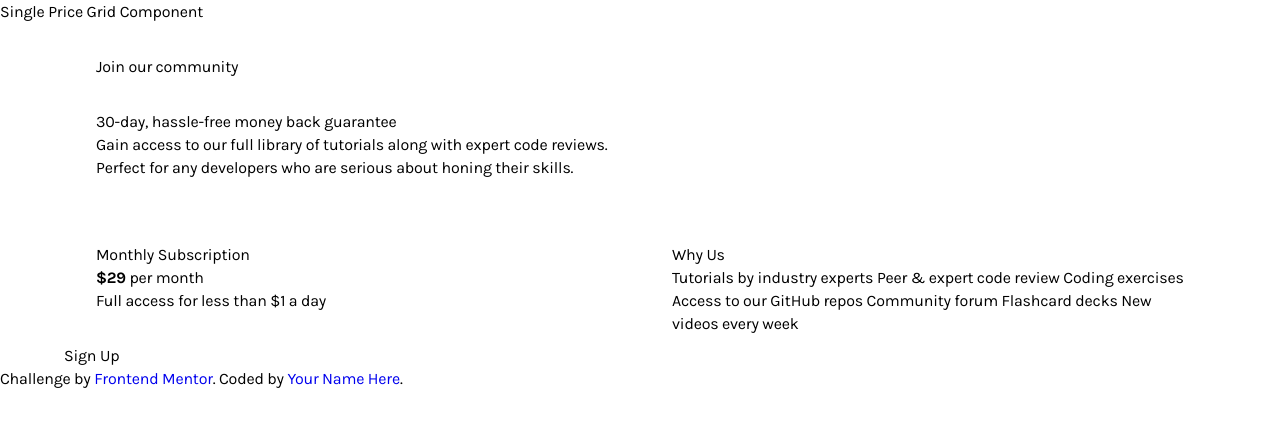
Repository: bangjuyoung/bangjuyoung
Page: practice/frontend-mentor/single-price-grid-component/index.html
The author's editor kept a copy of each file at every save. The page is drawn from the files as they stood at one save, then again after the next save.
The browser window is 1280 px wide. The pictures show the whole page.

Above is the page before, as saved 2019-06-16 12:43:26.

After the next save:
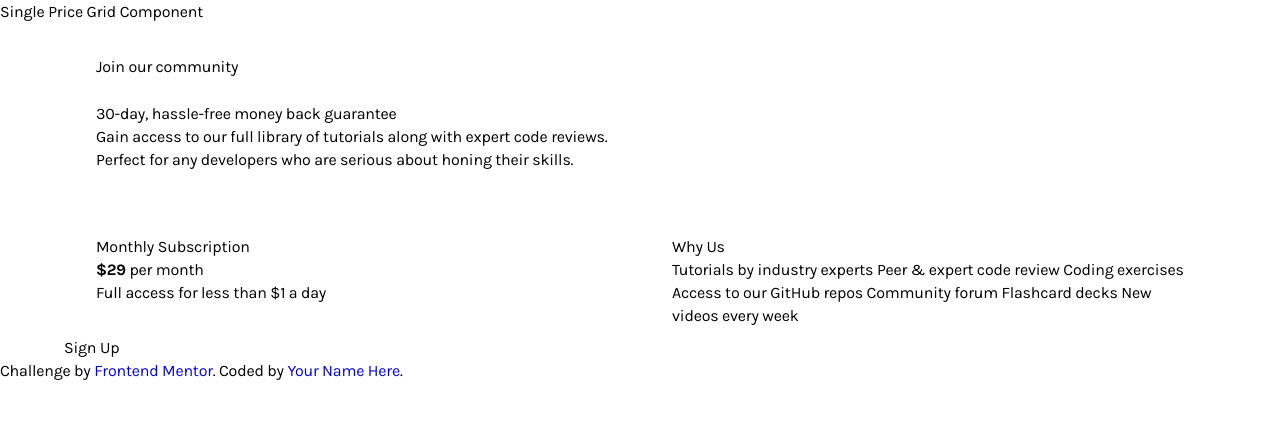
Saved 14 s later.
--- a/practice/frontend-mentor/single-price-grid-component/default.css
+++ b/practice/frontend-mentor/single-price-grid-component/default.css
@@ -31,7 +31,7 @@ body {
 }
 
 .single-price__title {
-    margin-bottom: 2rem;
+    margin-bottom: 1.5rem;
 }
 
 .single-price__tsubitle {
